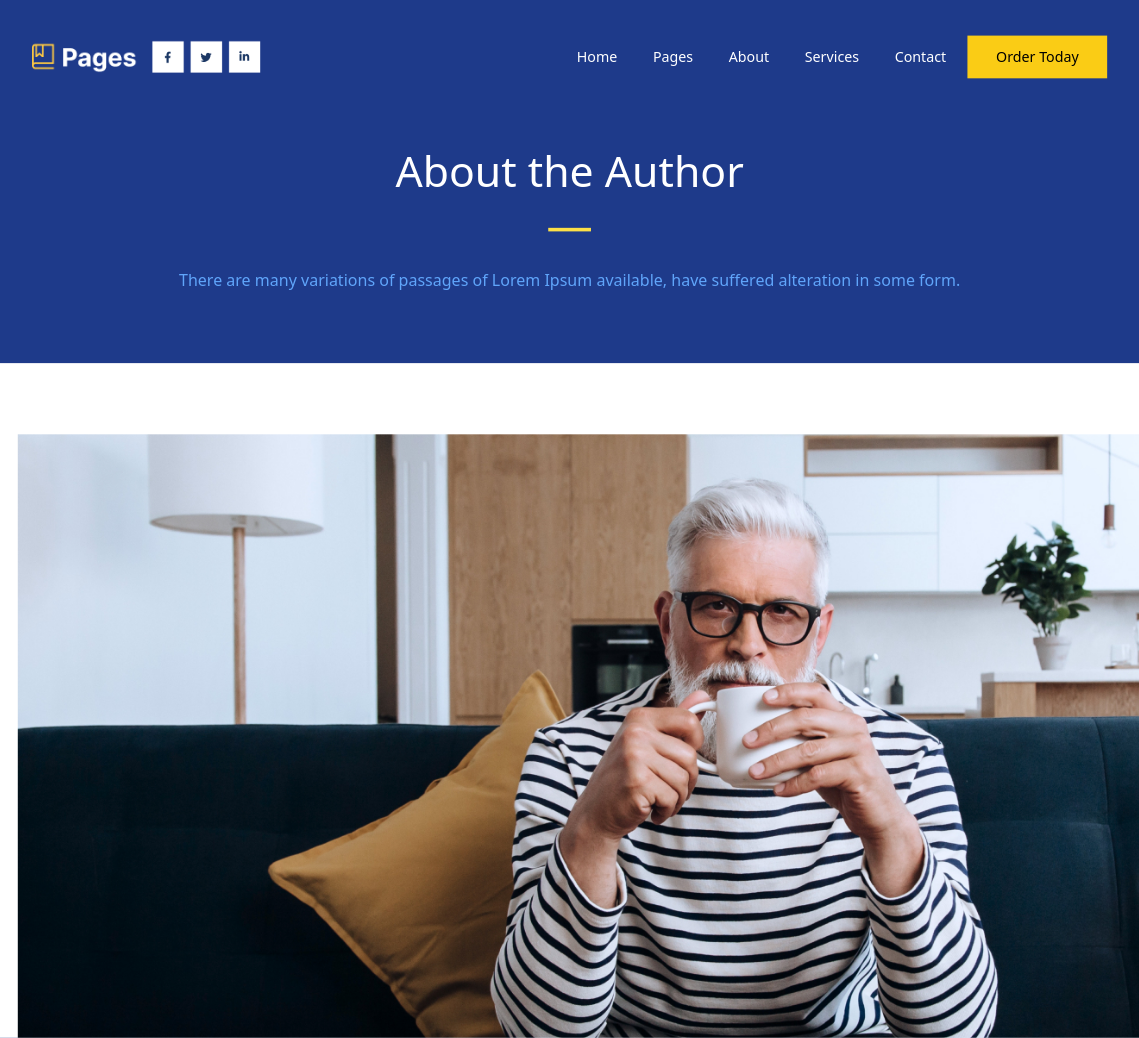
Repository: Godnorg/Class3
Page: index.html
These files come from the project's save history. The page is drawn as it stood at one moment and after the next save; the edit follows.
The browser window is 1280 px wide. The pictures show the whole page, at 89% of full size.
Some web libraries are served in a nearby version.

Above is the page before, as saved 2023-02-18 18:38:00.

### index.html
<!DOCTYPE html>
<html lang="en">
<head>
    <meta charset="UTF-8">
    <meta http-equiv="X-UA-Compatible" content="IE=edge">
    <meta name="viewport" content="width=device-width, initial-scale=1.0">
    <title>Class3</title>
    <script src="https://cdn.tailwindcss.com"></script>
</head>
<body class="w-full bg-blue-900">
<div class="flex items-center justify-between w-full pt-10 mx-auto px-9 max-w-7xl">
    <div class="flex gap-4 ">
    <img src="./Logo.png">
    <img src="./soc-icons.png" class="h-9">
    </div>
    <div class="flex gap-6">
        <ul class="flex items-center gap-10 text-white">
            <li><a href="#">Home</a></li>
            <li><a href="#">Pages</a></li>
            <li><a href="#">About</a></li>
            <li><a href="#">Services</a></li>
            <li><a href="#">Contact</a></li>
        </ul>
        <button class="px-8 py-3 mx-auto bg-yellow-400 font-sans-serif">Order Today</button>
    </div>
    </div>
    <div class="items-center mx-auto">
    <h1 class="items-center pt-20 pb-10 text-5xl text-center text-white">About the Author</h1>
        <div
            class="items-center w-12 h-1 mx-auto text-center bg-yellow-300">
        </div>
        <p class="items-center pt-10 pb-20 mx-auto text-lg text-center text-blue-400">There are many variations of passages of Lorem Ipsum available, have suffered alteration in some form.</p>
    </div>
    <div class="bg-white">
        <div class="relative pt-20 pl-5 mx-auto bg-color-white">
        <img src="./oldman2.jpg">
        </div>
    </div>

</body>
</html>

After the next save:
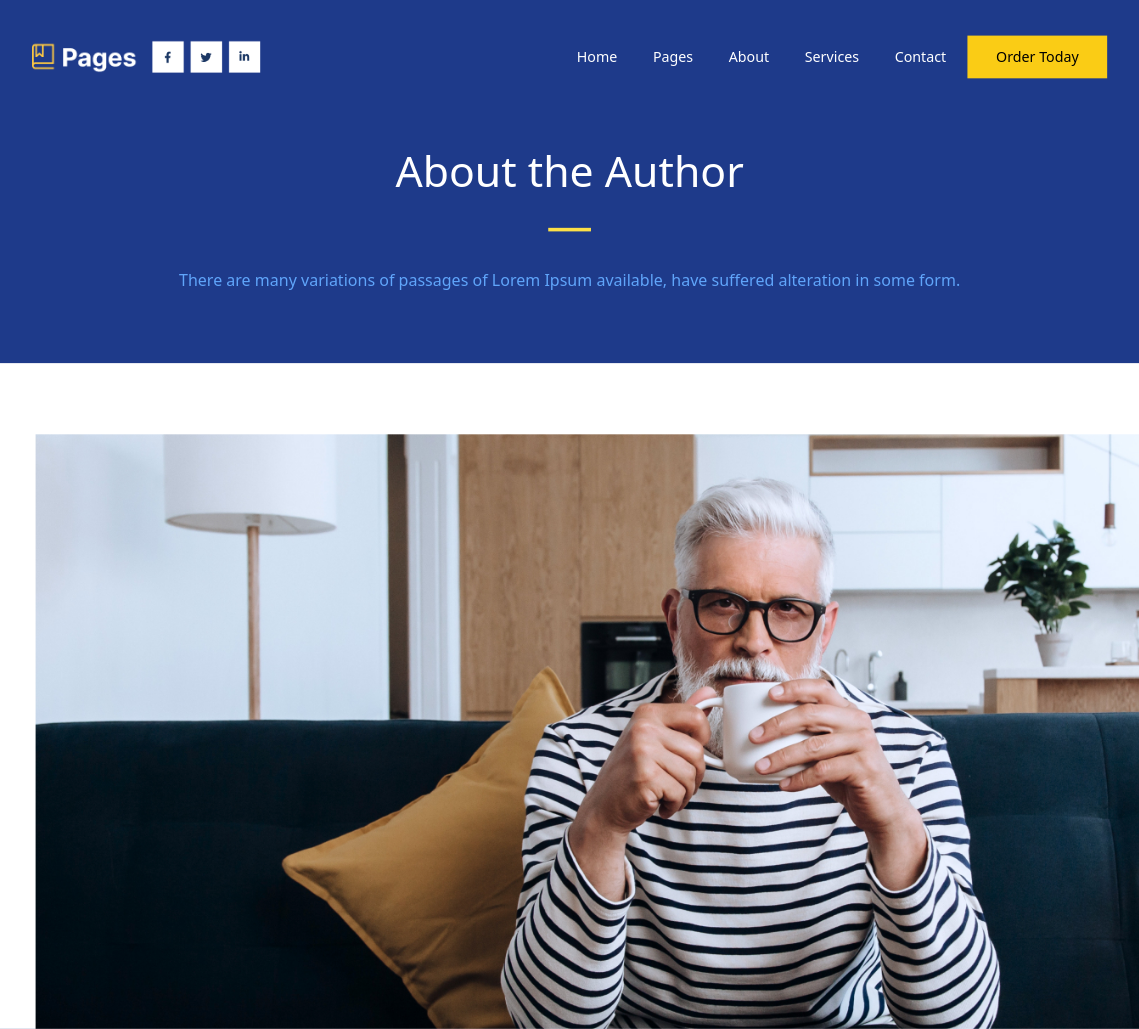
Saved 9 s later.
--- a/index.html
+++ b/index.html
@@ -32,7 +32,7 @@
         <p class="items-center pt-10 pb-20 mx-auto text-lg text-center text-blue-400">There are many variations of passages of Lorem Ipsum available, have suffered alteration in some form.</p>
     </div>
     <div class="bg-white">
-        <div class="relative pt-20 pl-5 mx-auto bg-color-white">
+        <div class="relative pt-20 pl-10 mx-auto bg-color-white">
         <img src="./oldman2.jpg">
         </div>
     </div>
